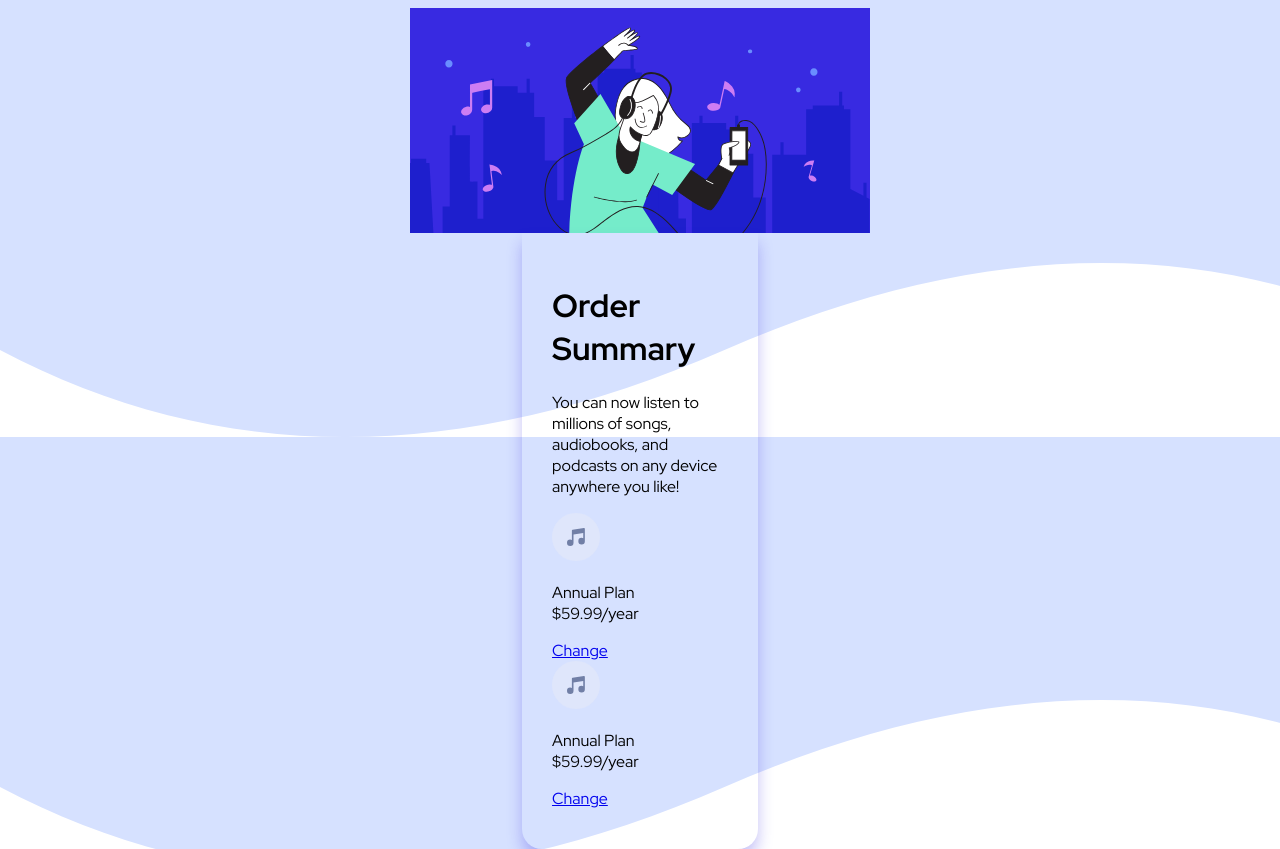
Repository: Pawan-pediredla/frontend-mentors
Page: order-summary-card/order-summary-component-main/markup/index.html
The author's editor kept a copy of each file at every save. The page is drawn from the files as they stood at one save, then again after the next save.
The browser window is 1280 px wide. The pictures show the whole page.

Above is the page before, as saved 2024-06-22 12:14:02.

### order-summary-card/order-summary-component-main/markup/index.html
<!DOCTYPE html>
<html lang="en">
<head>
  <meta charset="UTF-8">
  <meta name="viewport" content="width=device-width, initial-scale=1.0"> <!-- displays site properly based on user's device -->
  <title>Frontend Mentor | Order summary card</title>
  <link
  rel="icon"
  type="image/png"
  sizes="32x32"
  href="favicon-32x32.png"/>
<link rel="stylesheet"  href="../styling/index.css"/>
</head>
<body>
  <section class="image-container">
    <img src="illustration-hero.svg" alt="illustration-hero" />
  </section>
  <div class="container">
    <div class="content">
      <h1>Order Summary</h1>

      <p>
        You can now listen to millions of songs, audiobooks, and podcasts on
        any device anywhere you like!
      </p>

      </p>
      <section class="price">
        <img src="icon-music.svg" alt="icon-music" />
        <p>
          Annual Plan <br />
          <span>$59.99/year</span>
        </p>

        <a href="#">Change</a>
      </section>
      <section class="footer">
        <img src="icon-music.svg" alt="icon-music" />
        <p>
          Annual Plan <br />
          <span>$59.99/year</span>
        </p>
        <a href="#">Change</a>
      </section>
    </div>
  </div>
</body>
</html>

### order-summary-card/order-summary-component-main/styling/index.css
@import url("https://fonts.googleapis.com/css2?family=Red+Hat+Display:ital,wght@0,300..900;1,300..900&display=swap");

.attribution { font-size: 11px; text-align: center; }
    .attribution a { color: hsl(228, 45%, 44%); }
    :root {
        --pale-blue: #e0e8ff;
        --bright-blue: #3829e0;
        --very-pale-blue: #f5f7ff;
        --desaturated-blue: #7280a7;
        --dark-blue: #1f2f56;
      }
      html{
        padding: 0;
        margin: 0;
        -webkit-box-sizing: border-box;
        box-sizing: border-box;
        background-image: url(../images/pattern-background-desktop.svg);
        font-family: "Red Hat Display", sans-serif;
      }
      body{
        display: flex;
        flex-direction: column;
        align-items: center;
        justify-self: center
        ;
        height: 100vh;
      }
      .container{
        display: flex;
        flex-direction: column;
        justify-content: center;
        align-items:center;
    width:  23.5%;

    padding: 30px 30px;
    padding-bottom: 40px;
    border-bottom-left-radius: 20px;
    border-bottom-right-radius: 20px;
    box-shadow: 0px 10px 15px #3829e049;
}
.image-container img {
    width: 100%;
    height: 100%;
    object-fit: fill;
  }

After the next save:
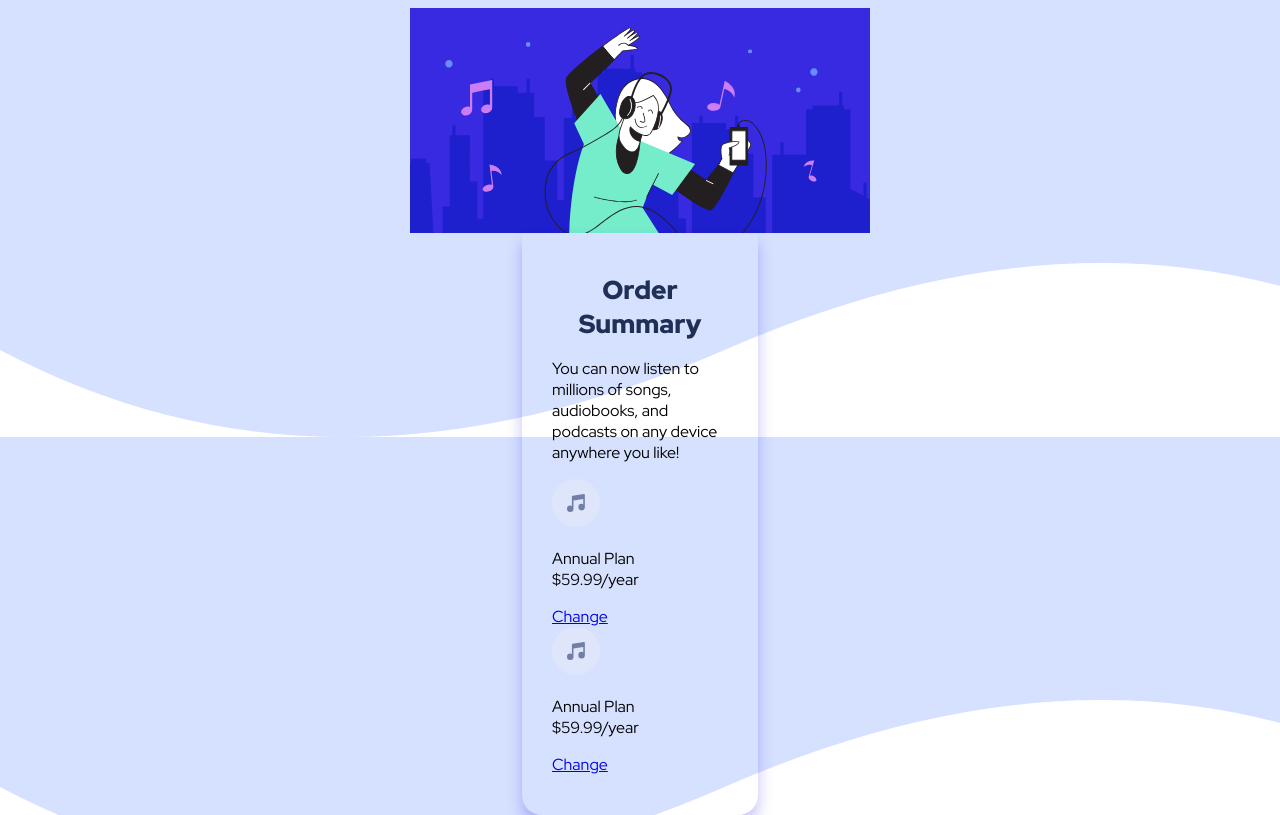
Saved 15 s later.
--- a/order-summary-card/order-summary-component-main/styling/index.css
+++ b/order-summary-card/order-summary-component-main/styling/index.css
@@ -43,3 +43,11 @@
     height: 100%;
     object-fit: fill;
   }
+
+  .content h1 {
+    color: var(--dark-blue);
+    text-align: center;
+    font-size: 26px;
+    font-weight: 900;
+    margin-top: 10px;
+  }
